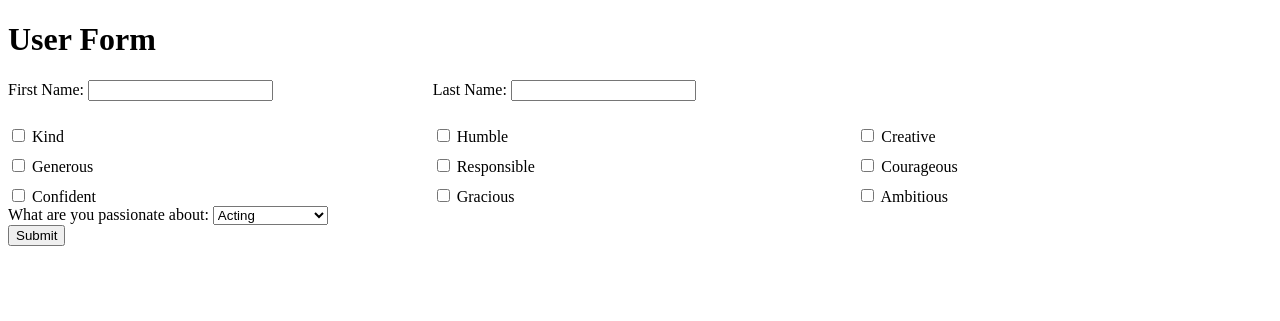
Repository: Chadloswald/Dis-Service
Page: docs/index.html
The author's editor kept a copy of each file at every save. The page is drawn from the files as they stood at one save, then again after the next save.
The browser window is 1280 px wide. The pictures show the whole page.

Above is the page before, as saved 2023-05-01 21:25:13.

After the next save:
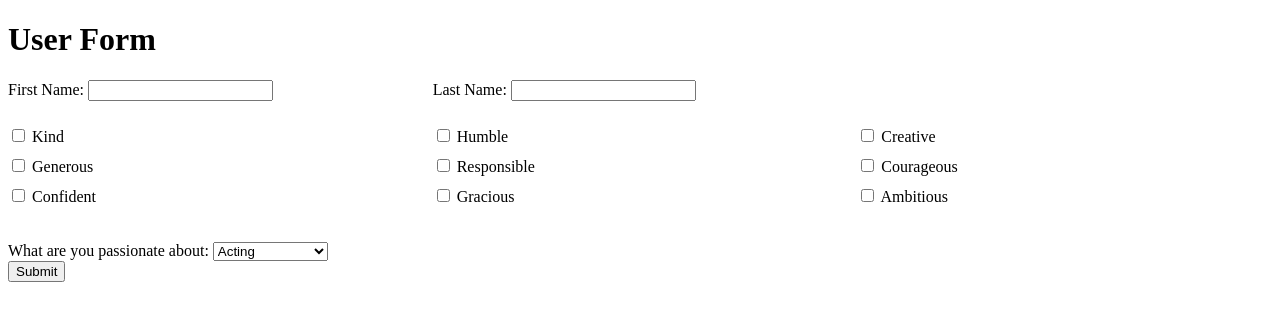
Saved 24 s later.
--- a/docs/index.html
+++ b/docs/index.html
@@ -57,6 +57,7 @@
 			Ambitious
 		</label>
 	</div>
+	<br><br>
 		<!-- ------------------------------------------------- -->
 		<label>
 			What are you passionate about:
